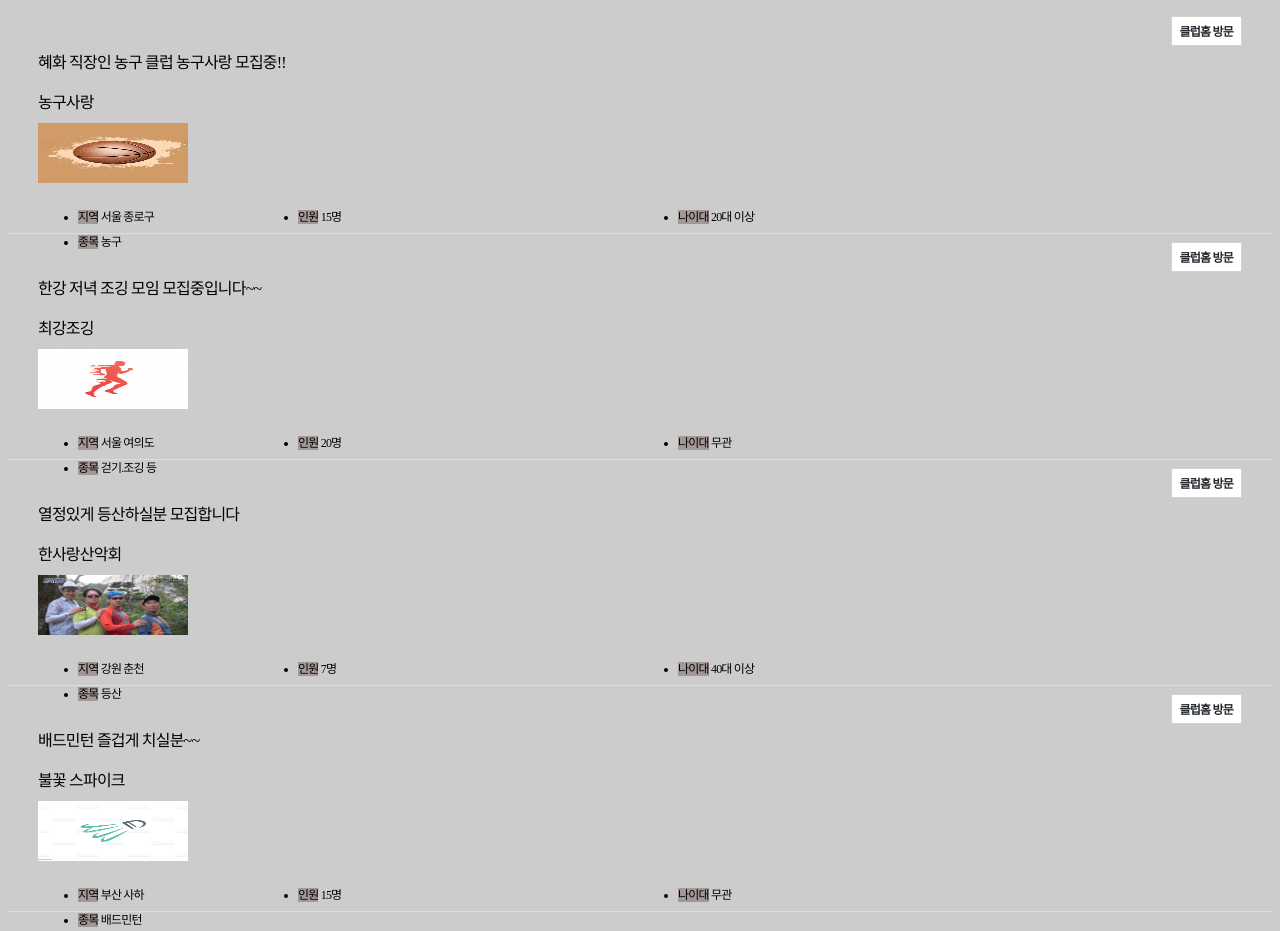
Repository: jaemin333/study
Page: club.html
The author's editor kept a copy of each file at every save. The page is drawn from the files as they stood at one save, then again after the next save.
The browser window is 1280 px wide. The pictures show the whole page.

Above is the page before, as saved 2021-07-02 02:38:45.

After the next save:
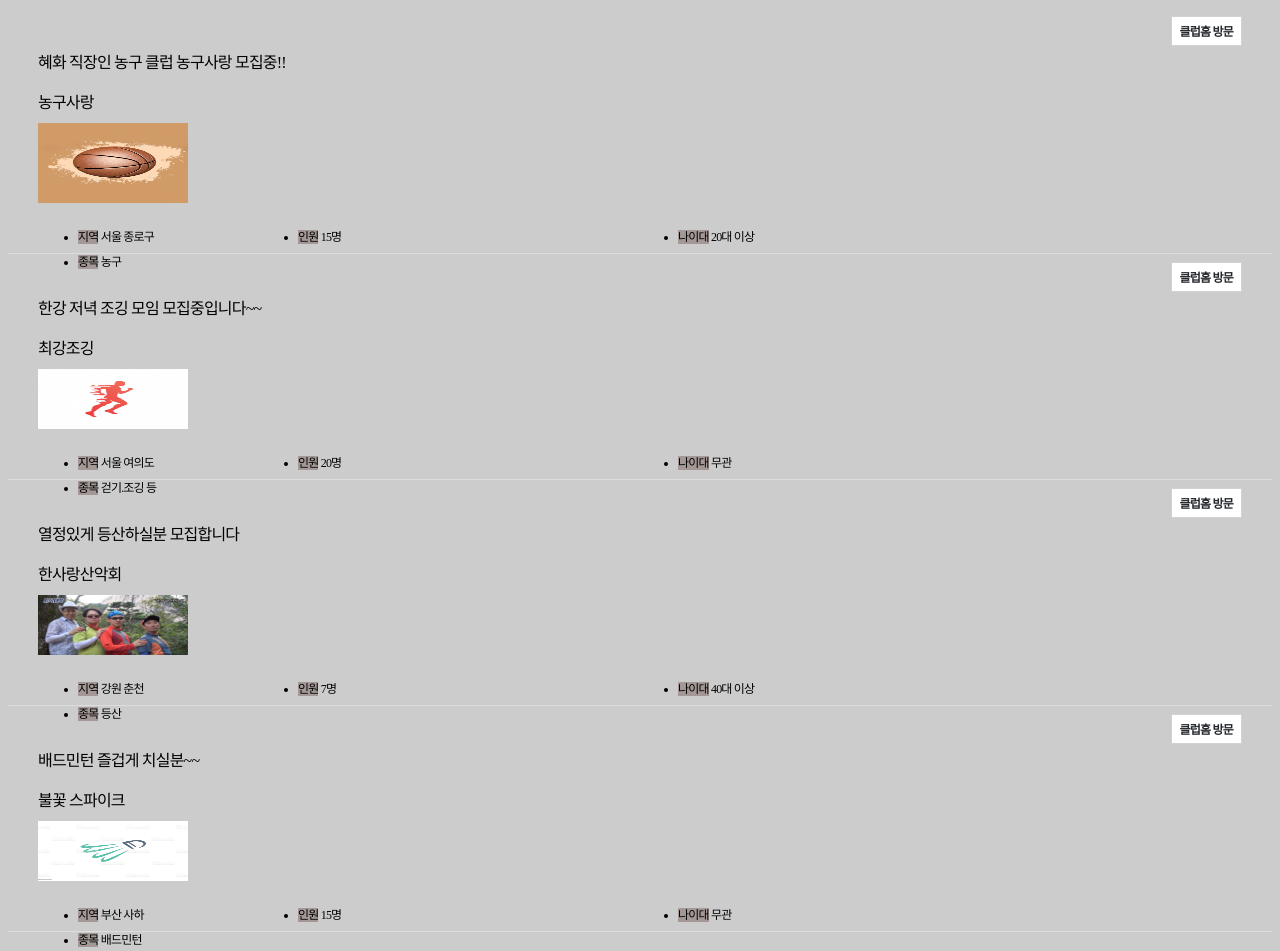
Saved 16 s later.
--- a/club.html
+++ b/club.html
@@ -21,7 +21,7 @@
     <div class ="cbInfo">
         <div class="cbMark">
             <span class="clubmark">
-                <img src = "bask.png" width="150" height="60">
+                <img src = "bask.png" width="150" height="80">
         </div>
     <ul>
         <li>
